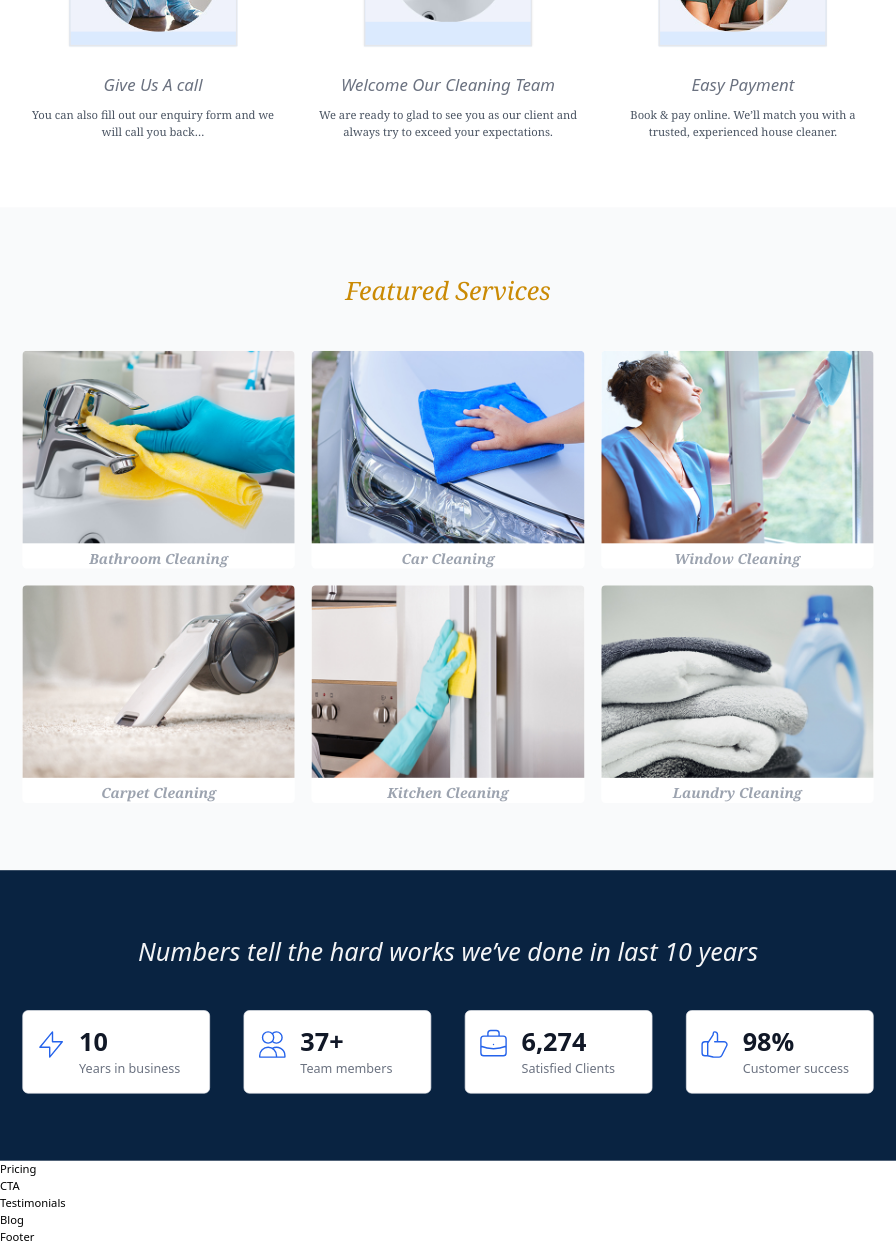
Repository: remydev47/cleonara
Page: /
An editor plug-in stored every save of this project. The page is shown before and after the next save, followed by the edit.
The browser window is 1280 px wide. The pictures show the part of the page from y = 2503 to 4423 px (the page is 4281 px tall before and 4423 px after), at 70% of full size.
The project was rebuilt for these pictures with package versions that can differ from the ones it lists, and the page was loaded fresh each time. The framework's server and built-in components were replaced by stand-ins that run in the browser. Also part of the build but not shown: next.config.js.

Above is the page before, as saved 2022-11-01 13:30:22.

After the next save:
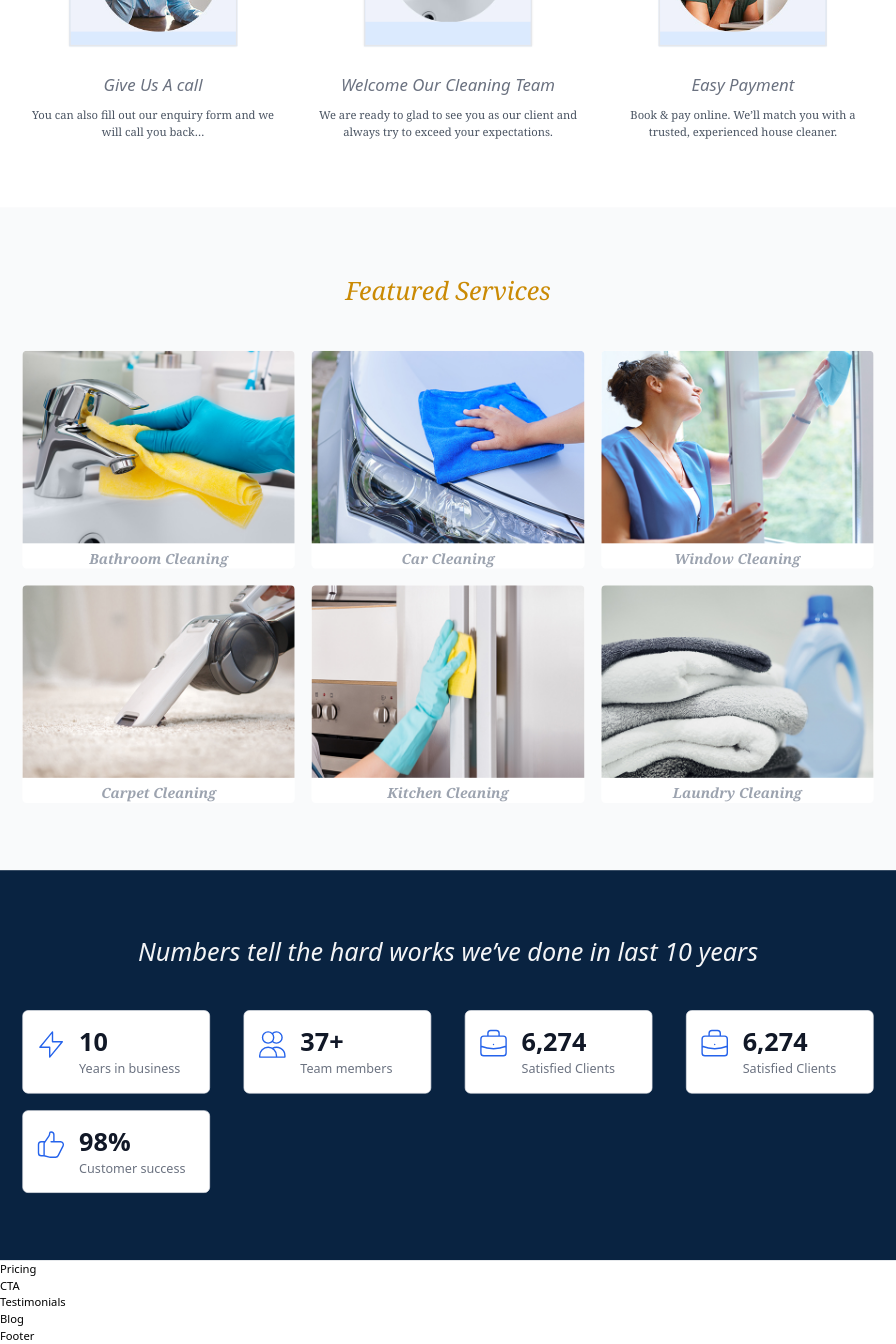
Saved 90 s later.
--- a/components/Stats.tsx
+++ b/components/Stats.tsx
@@ -55,6 +55,20 @@ const Stats = () => {
                 <div className="px-4 py-6">
                     <div className="flex items-start">
                         <svg className="flex-shrink-0 w-12 h-12 text-blue-600" xmlns="http://www.w3.org/2000/svg" fill="none" viewBox="0 0 24 24" stroke="currentColor">
+                            <path stroke-linecap="round" stroke-linejoin="round" stroke-width="1" d="M21 13.255A23.931 23.931 0 0112 15c-3.183 0-6.22-.62-9-1.745M16 6V4a2 2 0 00-2-2h-4a2 2 0 00-2 2v2m4 6h.01M5 20h14a2 2 0 002-2V8a2 2 0 00-2-2H5a2 2 0 00-2 2v10a2 2 0 002 2z" />
+                        </svg>
+                        <div className="ml-4">
+                            <h4 className="text-4xl font-bold text-gray-900">6,274</h4>
+                            <p className="mt-1.5 text-lg font-medium leading-tight text-gray-500">Satisfied Clients</p>
+                        </div>
+                    </div>
+                </div>
+            </div>
+
+            <div className="overflow-hidden bg-white border border-gray-200 rounded-lg">
+                <div className="px-4 py-6">
+                    <div className="flex items-start">
+                        <svg className="flex-shrink-0 w-12 h-12 text-blue-600" xmlns="http://www.w3.org/2000/svg" fill="none" viewBox="0 0 24 24" stroke="currentColor">
                             <path
                                 stroke-linecap="round"
                                 stroke-linejoin="round"
